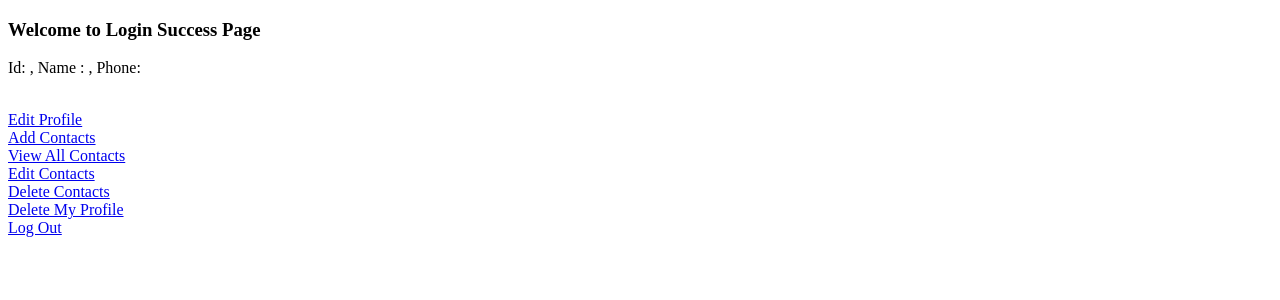
Repository: abkc727/handson-assignments
Page: http://localhost/contact-app/loginsuccess.jsp
The author's editor kept a copy of each file at every save. The page is drawn from the files as they stood at one save, then again after the next save.
The browser window is 1280 px wide. The pictures show the whole page.
The page is served by Tomcat 9. The template is opened directly, without the code that normally fills it, so the values that code supplies are empty.

Above is the page before, as saved 2020-10-01 11:22:25.

After the next save:
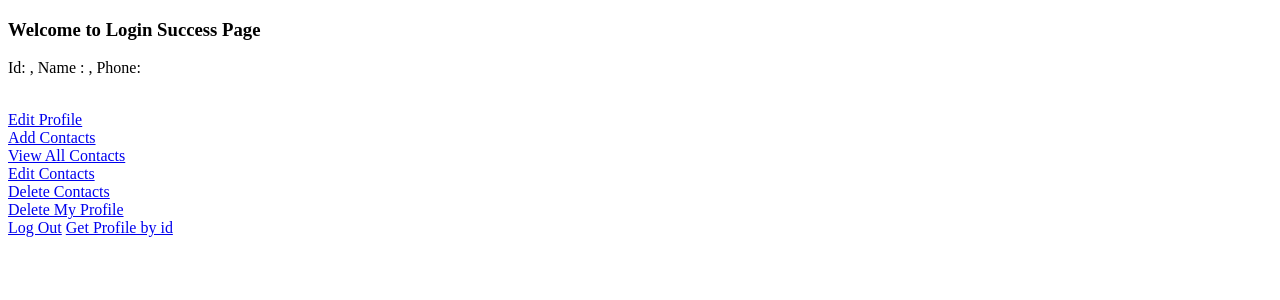
Saved 2 min 13 s later.
--- a/Day 13 - CONTACT-APP/contact-app/WebContent/loginsuccess.jsp
+++ b/Day 13 - CONTACT-APP/contact-app/WebContent/loginsuccess.jsp
@@ -17,5 +17,6 @@
 	<a href = "deletecontacts.jsp">Delete Contacts</a><br />
 	<a href = "deleteprofile.jsp">Delete My Profile</a><br />
 	<a href = "LogoutServlet">Log Out</a>
+	<a href = "getprofilebyid.jsp">Get Profile by id</a>
 </body>
 </html>
